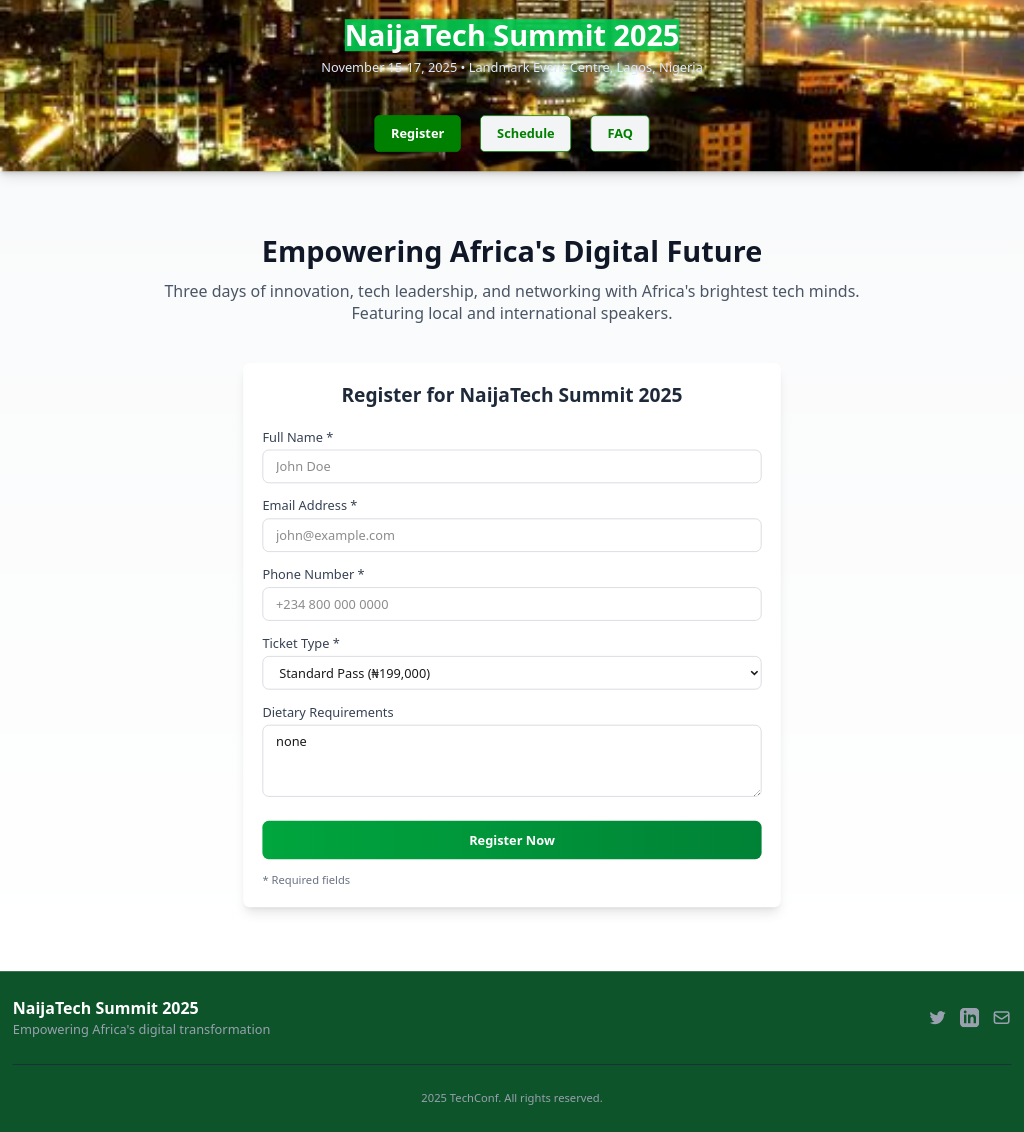
Repository: AYANO-EMMANUEL/fictional-tech-conf-event
Page: /
These files come from the project's save history. The page is drawn as it stood at one moment and after the next save; the edit follows.
The browser window is 1280 px wide. The pictures show the whole page, at 80% of full size.
The project was rebuilt for these pictures with package versions that can differ from the ones it lists, and the page was loaded fresh each time. Also part of the build but not shown: vite.config.ts, src/components/Schedule/Schedule.tsx, src/components/FAQ/FAQ.tsx.

Above is the page before, as saved 2025-08-06 14:21:31.

After the next save:
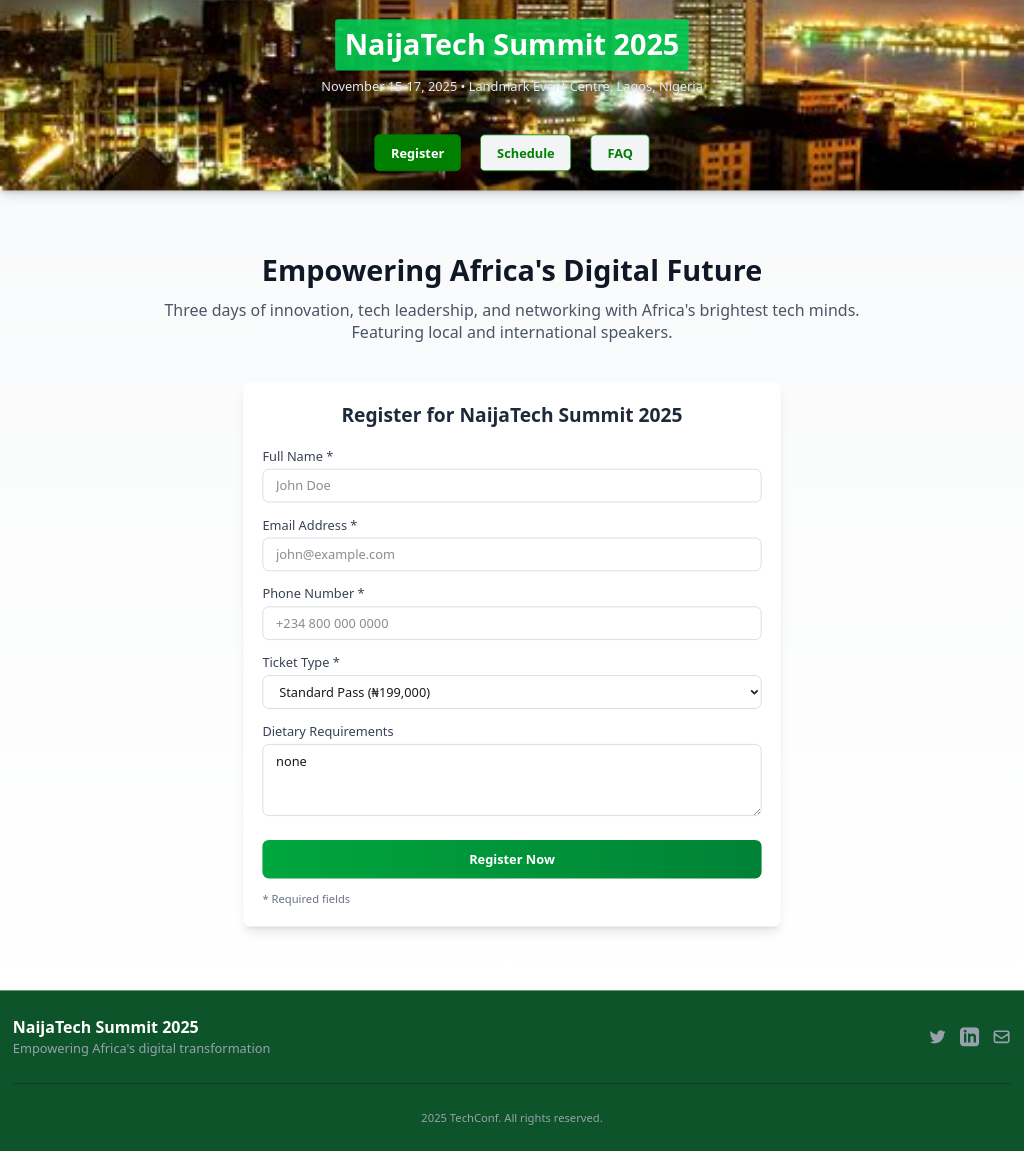
Saved 25 s later.
--- a/src/App.tsx
+++ b/src/App.tsx
@@ -12,7 +12,7 @@ function App() {
       {/* Header */}
       <header className="bg-gradient-to-r text-center from-green-500 to-green-700 bg-cover bg-bottom bg-[url('../src/assets/tnigeria-bg.jpeg')] text-white shadow-lg">
         <div className="container mx-auto px-4 py-6">
-          <h1 className="text-3xl md:text-4xl w-max inline-block bg-green-500/90 font-bold mb-2">NaijaTech Summit 2025</h1>
+          <h1 className="text-3xl md:text-4xl w-max inline-block p-3 rounded-sm bg-green-500/90 font-bold mb-2">NaijaTech Summit 2025</h1>
           <p className="text-blue-100">November 15-17, 2025 • Landmark Event Centre, Lagos, Nigeria</p>
         </div>
 
